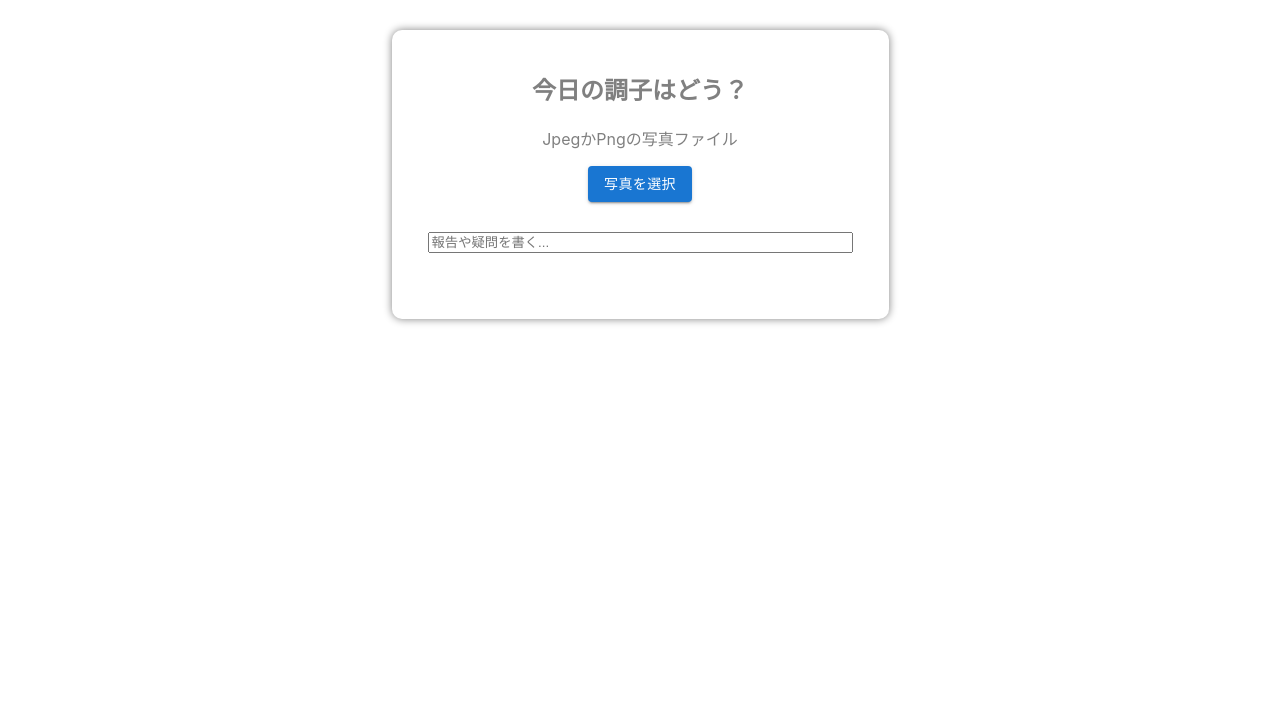
Repository: Seiya00002/seeds_surfers_react_sns
Page: /
These files come from the project's save history. The page is drawn as it stood at one moment and after the next save; the edit follows.
The browser window is 1280 px wide. The pictures show the whole page.
The page's requests for data from a server got no answer. The project was rebuilt for these pictures with package versions that can differ from the ones it lists, and the page was loaded fresh each time. No one was signed in, and anything a server would have sent is missing. Also part of the build but not shown: src/Post.css, src/Post.tsx.

Above is the page before, as saved 2023-08-03 07:45:29.

After the next save:
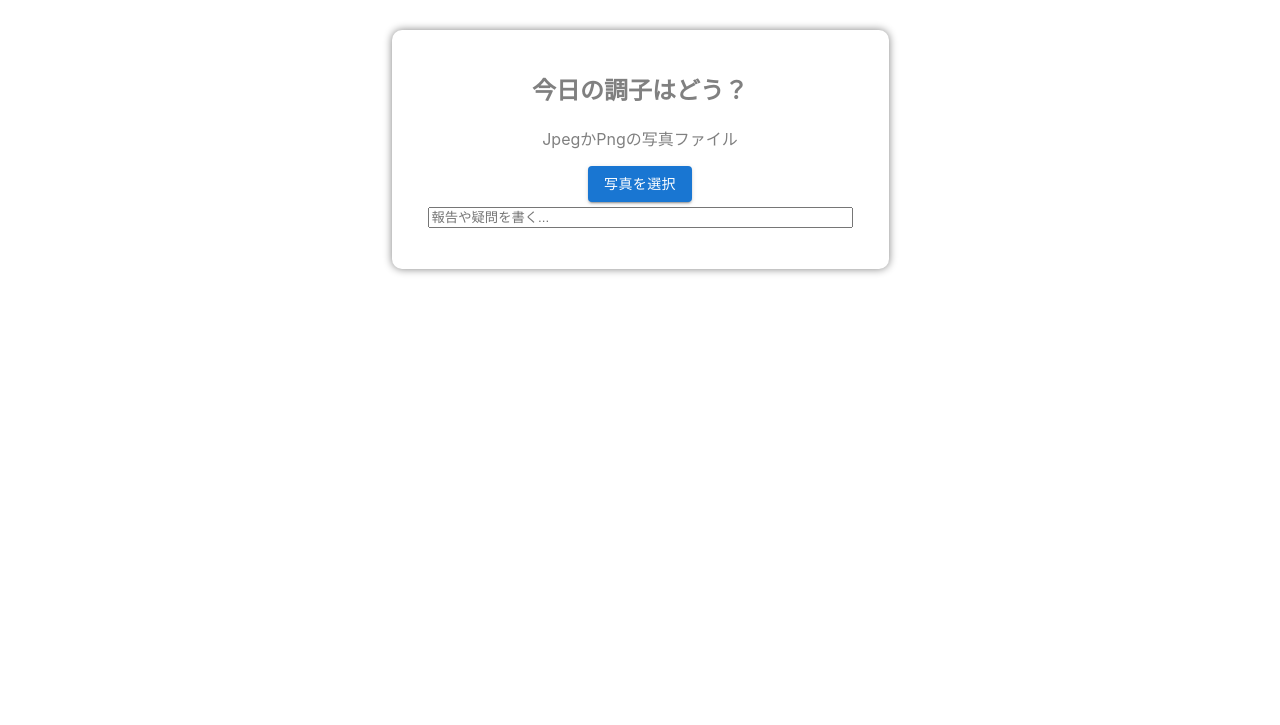
Saved 22 s later.
--- a/src/PostUploader.css
+++ b/src/PostUploader.css
@@ -38,7 +38,7 @@
   }
 
   .textPost {
-    margin: 30px 0;
+    margin: 5px 0;
   }
 
   .textUploadInput {
